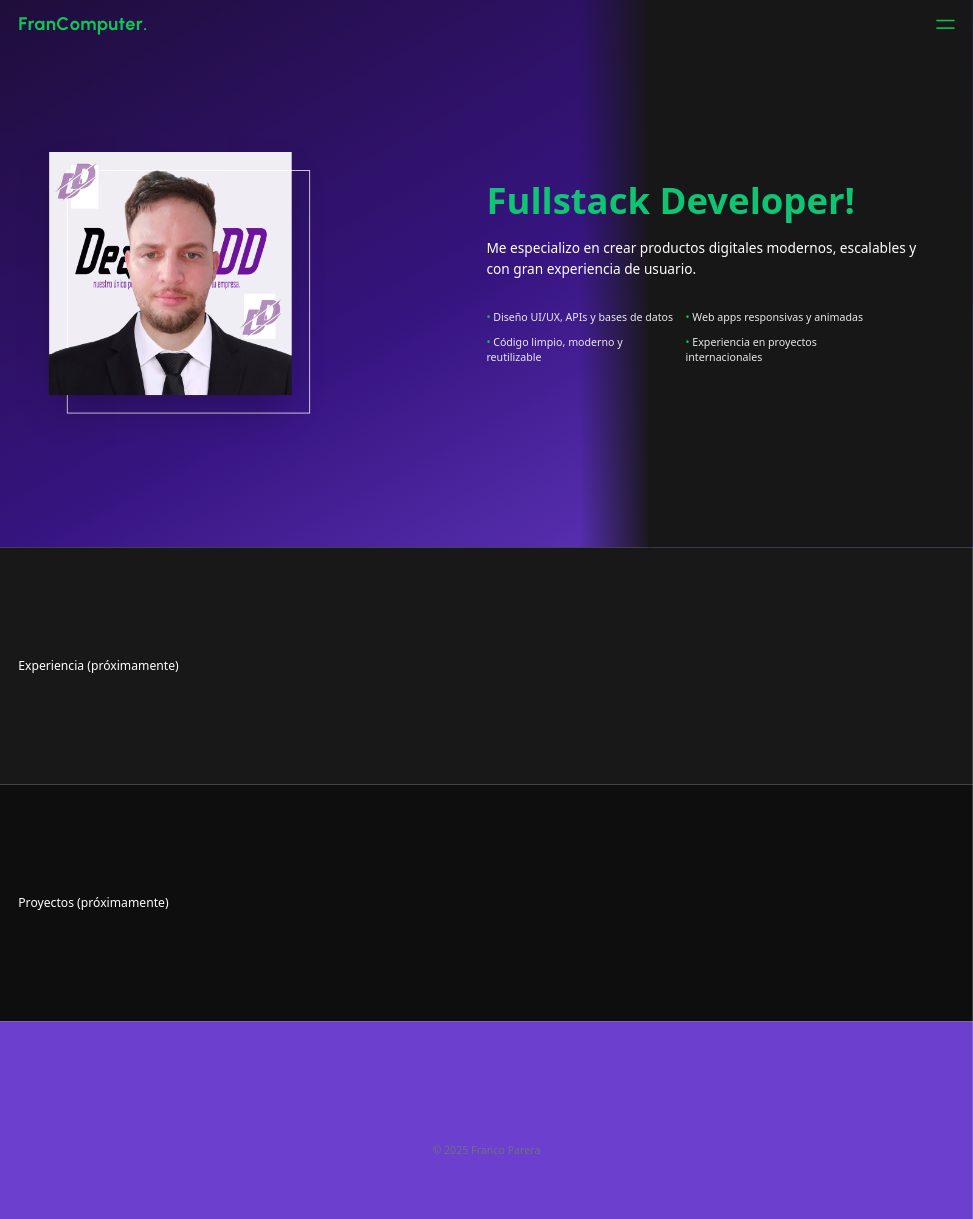
Repository: francoluca35/portfolio-franco-dev
Page: /
These files come from the project's save history. The page is drawn as it stood at one moment and after the next save; the edit follows.
The browser window is 1280 px wide. The pictures show the whole page, at 76% of full size.
The project was rebuilt for these pictures with package versions that can differ from the ones it lists, and the page was loaded fresh each time. The framework's server and built-in components were replaced by stand-ins that run in the browser. Also part of the build but not shown: next.config.js.

Above is the page before, as saved 2025-05-06 02:23:14.

After the next save:
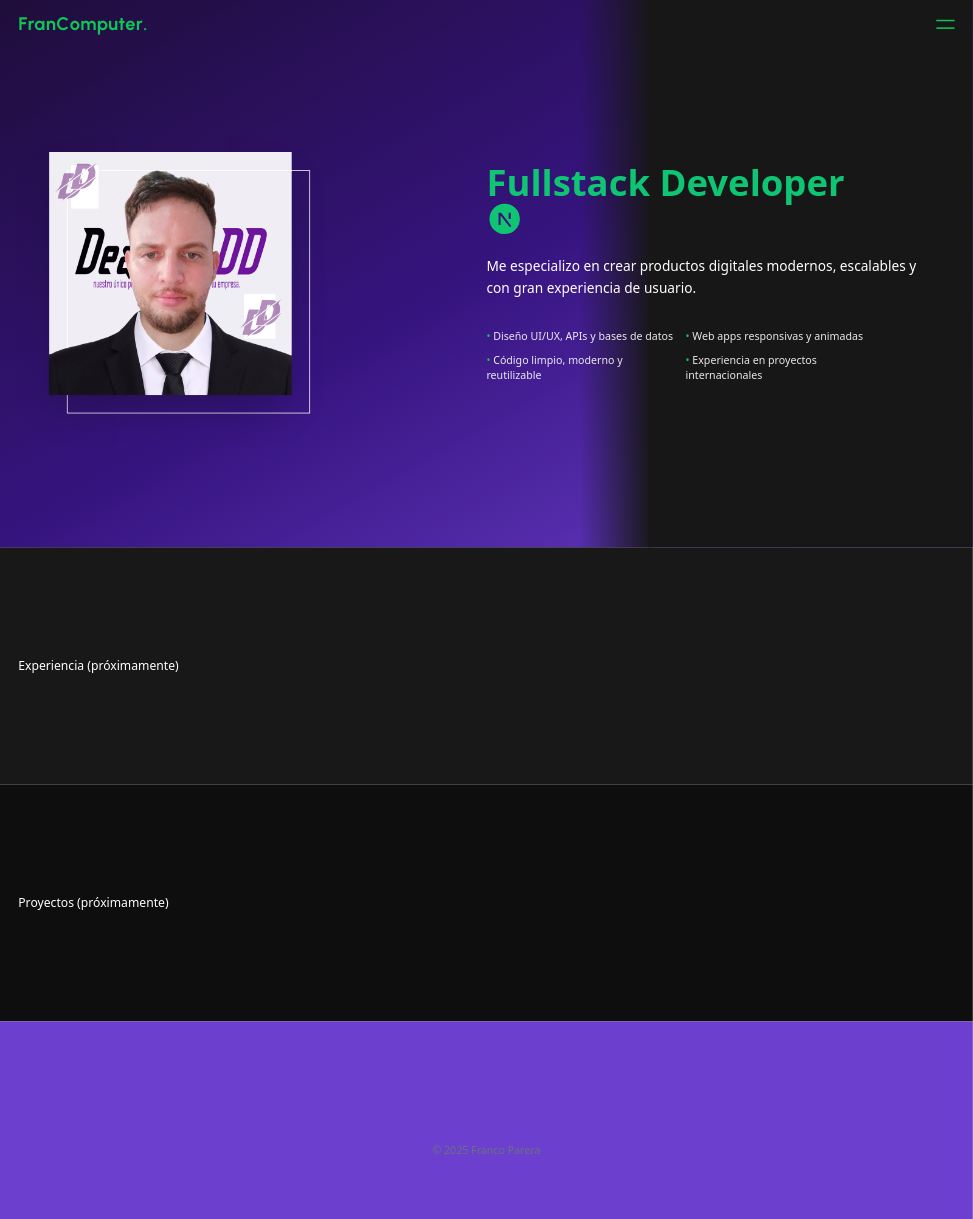
Saved 119 s later.
--- a/components/Hero.jsx
+++ b/components/Hero.jsx
@@ -1,6 +1,7 @@
 "use client";
 import { motion } from "framer-motion";
 import Image from "next/image";
+import { RiNextjsFill } from "react-icons/ri";
 
 export default function Hero() {
   return (
@@ -43,7 +44,7 @@ export default function Hero() {
             transition={{ duration: 0.6 }}
             className="text-4xl sm:text-5xl font-extrabold text-[#0fc573]"
           >
-            Fullstack Developer!
+            Fullstack Developer <RiNextjsFill />
           </motion.h1>
 
           <motion.p
